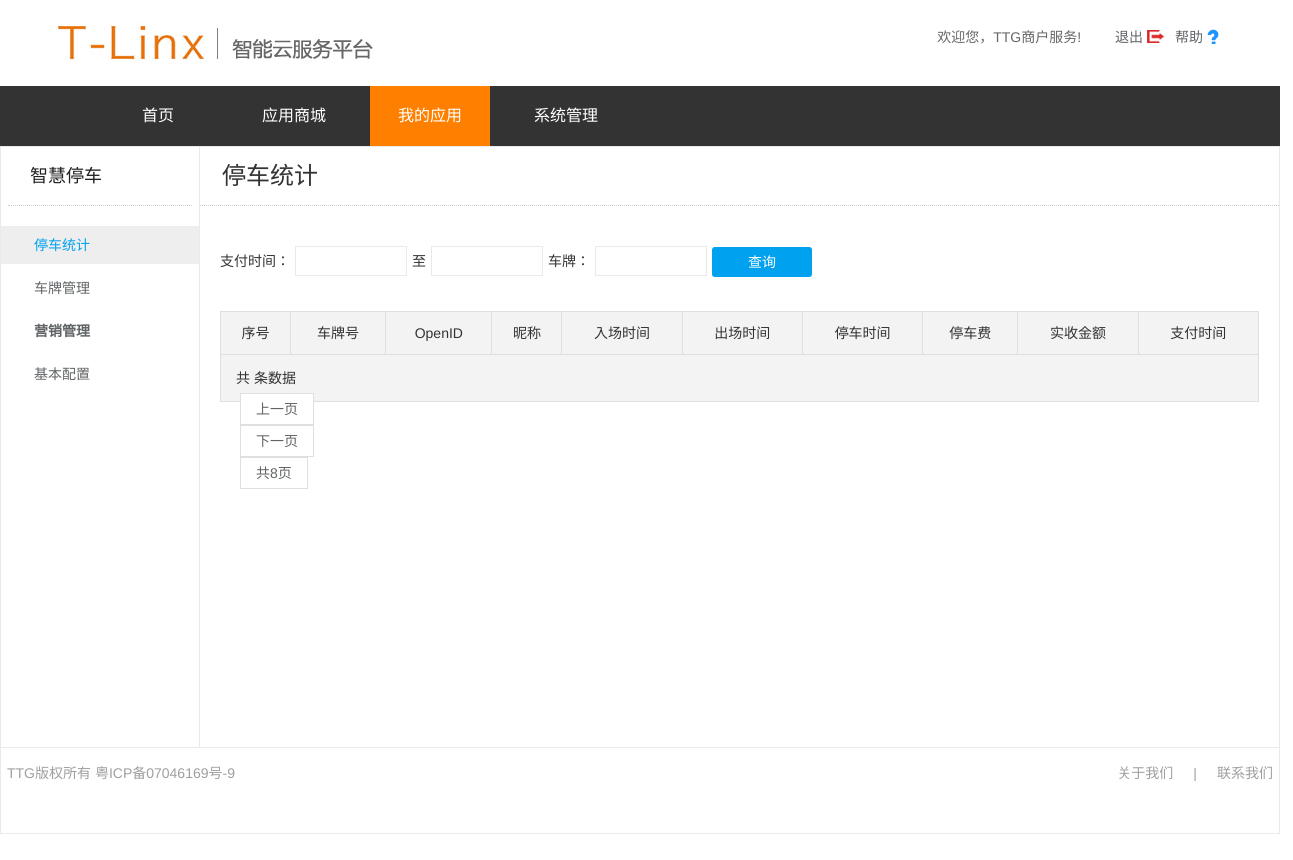
Repository: Keori/ParkCar
Page: admin/商户云/智慧停车/ParkComputed.html
An editor plug-in stored every save of this project. The page is shown before and after the next save, followed by the edit.
The browser window is 1280 px wide. The page is 1293 px wide, so the pictures cover 1293 px, including what lies to the right of the window. The pictures show the whole page.
The page's requests for data from a server got no answer.

Above is the page before, as saved 2018-12-24 11:56:24.

### admin/商户云/智慧停车/ParkComputed.html
<!DOCTYPE html>
<html lang="en">
<head>
    <meta charset="utf-8">
    <meta name="viewport" content="initial-scale=1.0,width=device-width" />
    <meta name="keywords" content="" />
    <meta name="description" content="" />
    <title>会员卡</title>
    <link href="../css/reset.css" type="text/css" rel="stylesheet"/>
    <link href="../css/layout.css" type="text/css" rel="stylesheet"/>
    <link href="../laydate/laydate.css" type="text/css" rel="stylesheet"/>
    <script type="text/javascript" src="../js/jquery-3.1.1.min.js"></script>
    <script type="text/javascript" src="../js/vue.js"></script>
</head>
<body>
<header class="header index_header">
    <div class="top w1170">
        <div class="logo"><i></i><img src="../images/logo.jpg" alt=""/></div>
        <div class="top_right">欢迎您，TTG商户服务! <span class="icon out_icon"><a href="">退出<code></code></a></span><span class="icon help_icon"><a href="">帮助<code></code></a></span></div>
    </div>

    <menu class="menu">
        <div class="w1170">
            <ul>
                <li><a href="">首页</a></li>
                <li><a href="">应用商城</a></li>
                <li class="on"><a href="">我的应用</a></li>
                <li><a href="">系统管理</a></li>
            </ul>
        </div>
    </menu>
</header>
<section id="content" class="content content1170">
    <aside class="left_con">
        <div class="left_con_tit borderb">智慧停车</div>

        <ul>
            <li class="on"><a href="">停车统计</a></li>
            <li><a href="ParkManage.html">车牌管理</a></li>
            <li>
                <h1><a class='pagetitle' href="javascript:;" @click='ManageType'>营销管理</a><i></i></a>
                <div class='secondary' v-show='type'>
                    <h2 :class="{active:changeGray===1}" @click='change(1)'>
                        <a class='nextselect' href="Manage.html">
                            <span class='blockText'>模板类型</span>
                        </a>
                    </h2>
                    <h2 :class="{active:changeGray===2}" @click='change(2)'>
                        <a class='nextselect' href="Manage2.html">
                            <span class='blockText'>广告类型</span>
                        </a>
                    </h2>
                </div>
            </li>
            <li><a href="Basic.html">基本配置</a></li>
        </ul>
    </aside>
    <section id="boxRight" class="boxRight">
        <div class="boxRight_tit f1 borderb">停车统计</div>
        <article class="boxRightCon">
            <div class="CommonInput viplist_formlist viplist_formlist_1">
                <ul>
                    <li>
                        <span class="name">支付时间：</span><input id='timeData' name="text" type="text" style="width:100px;" onclick="laydate()"/>
                    </li>
                    <li>
                        <span class="name">至</span><input id='timeData1' name="text" type="text" style="width:100px;" onclick="laydate()"/>
                    </li>
                    <li>
                        <span class="name">车牌：</span><input v-model='filterSearch.plateNo' name="text" type="text" style="width:100px;"/>
                    </li>
                    <li>
                        <div class="org_btn"><a @click='Search'>查询</a></div>
                    </li>
                </ul>
            </div>
            <table width="100%" cellpadding="0" cellspacing="0" border="0" class="commonTable commonTable4">
                <tr>
                    <th>序号</th>
                    <th>车牌号</th>
                    <th>OpenID</th>
                    <th>昵称</th>
                    <th>入场时间</th>
                    <th>出场时间</th>
                    <th>停车时间</th>
                    <th>停车费</th>
                    <th>实收金额</th>
                    <th>支付时间</th>
                </tr>
                <tr v-for='(item,index) in Park' v-show='index<6'>
                    <td>{{index+1}}</td>
                    <td>{{item.plateNo}}</td>
                    <td>{{item.OpenId}}</td>
                    <td>{{item.nickName}}</td>
                    <td>{{item.entryTime}}</td>
                    <td>{{item.payTime}}</td>
                    <td>{{item.elapsedTime}}</td>
                    <td>{{item.payable}}</td>
                    <td class="red">{{item.OfficialMoney}}</td>
                    <td>{{item.payTime}}</td>
                </tr>
            </table>
            <div class="bg_f3 page">共 {{pages.pageSize}} 条数据
                <ul>
                    <li v-if="cur>1"><a v-on:click="cur--,pageClick()">上一页</a></li>
                    <li v-if="cur==1"><a class="banclick">上一页</a></li>
                    <li v-for="index in indexs" v-bind:class="{ 'active': cur == index}">
                        <a v-on:click="btnClick(index)">{{ index }}</a>
                    </li>
                    <li v-if="cur!=all"><a v-on:click="cur++,pageClick()">下一页</a></li>
                    <li v-if="cur == all"><a class="banclick">下一页</a></li>
                    <li><a>共<i>{{all}}</i>页</a></li>
                </ul>
            </div>
        </article>
    </section>
    <footer class="footer">
        <div class="w1000">
            <p class="footer_a fl">TTG版权所有   粤ICP备07046169号-9</p>
            <p class="footer_b fr"><a href="">关于我们</a>|<a href="">联系我们</a></p>
        </div>
    </footer>
</section>
<script  type="text/javascript">
    new Vue({
        el: '#content',
        data(){
            return{
                all: 8,
                cur: 1, //当前页码
                type: false,
                changeGray: '',
                filterSearch:{
                    plateNo: '',
                    payTimeStart: '',
                    payTimeEnd: ''
                },
                Park: [],
                pages:{},
            }
        },
        computed:{
            items(){
                // const c = this.pages.currPage
                // const t = this.pages.totalPage
                // if(c){
                //     return [1,2,3,4,5]
                // }else if(c >=6){
                //     return ['···',c-1,c,c+1,'···',t]
                // }else{
                //     return [1,2,3,4,5,'···',t]
                // }
            }
        },
        watch:{
            cur: function(oldValue , newValue){
    }
        },
        methods:{
            btnClick: function(data){//页码点击事件
            if(data != this.cur){
            this.cur = data
        }
        },
            pageClick: function(){
            console.log('现在在'+this.cur+'页');
        },
            Search(){
                this.filterSearch.payTimeStart = $('#timeData').val()
                this.filterSearch.payTimeEnd = $('#timeData1').val()
                let params =
                    this.filterSearch,
                    currPage = this.current,
                    pageSize = this.pageSize,
                    totalPage = this.allpage,
                    totalCount = this.showItem
                    ;
                console.log(this.filterSearch);
                $.ajax({
                url: 'http://q214e81040.iask.in:32642/merchant/car/paylist',
                type: 'get',
                data: params,
                statusCode:{
                    404:function(){
                        alert('网络错误')
                    }
                },
                success:(params) => {
                    this.Park = params.page.list
                    this.pages = params.page
                    console.log(this.pages);
                    console.log(this.Park)
                }
            })
            },
            ManageType(){
                if(this.type === false){
                    this.type = true
                }else{
                    this.type = false
                }
            },
            change(num){
                this.changeGray = num
            },
            goto(index){
                if(index == this.current) return;
                this.current = index;
            }
        },
        created(){
            this.Search()
        }
    })
</script>
</body>
<script src="../laydate/laydate.js"></script>
<script>
</script>
<style>
.page-bar{
    margin:40px;
    }
ul,li{
    margin: 0px;
    padding: 0px;
    }
li{
    list-style: none
    }
.page-bar li:first-child>a {
    margin-left: 0px
    }
.page-bar a{
    border: 1px solid #ddd;
    text-decoration: none;
    position: relative;
    float: left;
    padding: 6px 12px;
    margin-left: -1px;
    line-height: 1.42857143;
    color: #337ab7;
    cursor: pointer
    }
.page-bar a:hover{
    background-color: #eee;
    }
.page-bar a.banclick{
    cursor:not-allowed;
    }
.page-bar .active a{
    color: #fff;
    cursor: default;
    background-color: #337ab7;
    border-color: #337ab7;
    }
.page-bar i{
    font-style:normal;
    color: #d44950;
    margin: 0px 4px;
    font-size: 12px;
    }
</style>
</html>

### admin/商户云/laydate/laydate.css
/**

 @Name： laydate皮肤：默认
 @Author：贤心
 @Site：http://sentsin.com/layui/laydate

**/

.laydate-icon{border:1px solid #C6C6C6; background-image:url(icon.png)}

.laydate_body .laydate_box,
.laydate_body .laydate_ym,
.laydate_body .laydate_ym .laydate_yms,
.laydate_body .laydate_table,
.laydate_body .laydate_table td,
.laydate_body .laydate_bottom #laydate_hms,
.laydate_body .laydate_time,
.laydate_body .laydate_bottom .laydate_btn a{border:1px solid #ccc;}

.laydate_body .laydate_y .laydate_yms a,
.laydate_body .laydate_choose,
.laydate_body .laydate_table thead,
.laydate_body .laydate_bottom .laydte_hsmtex{background-color:#F6F6F6;}

.laydate_body .laydate_box,
.laydate_body .laydate_ym .laydate_yms,
.laydate_body .laydate_time{box-shadow: 2px 2px 5px rgba(0,0,0,.1);}

.laydate_body .laydate_box{border-top:none; border-bottom:none; background-color:#fff; color:#333;}
.laydate_body .laydate_box input{color:#333;}
.laydate_body .laydate_box .laydate_void{color:#ccc!important; /*text-decoration:line-through;*/}
.laydate_body .laydate_box .laydate_void:hover{background-color:#fff!important}
.laydate_body .laydate_box a, .laydate_body .laydate_box a:hover{color:#333;}
.laydate_body .laydate_box a:hover{color:#666;}
.laydate_body .laydate_click{background-color:#eee!important;}
.laydate_body .laydate_top{border-top:1px solid #C6C6C6;}
.laydate_body .laydate_ym .laydate_yms{border:1px solid #C6C6C6; background-color:#fff;}
.laydate_body .laydate_y .laydate_yms a{border-bottom:1px solid #C6C6C6;}
.laydate_body .laydate_y .laydate_yms .laydate_chdown{border-top:1px solid #C6C6C6; border-bottom:none;}
.laydate_body .laydate_choose{border-left:1px solid #C6C6C6;}
.laydate_body .laydate_chprev{border-left:none; border-right:1px solid #C6C6C6;}
.laydate_body .laydate_choose:hover,
.laydate_body .laydate_y .laydate_yms a:hover{background-color:#fff;}
.laydate_body .laydate_chtop cite{border-bottom-color:#666;}
.laydate_body .laydate_chdown cite, .laydate_body .laydate_ym label{border-top-color:#666;}
.laydate_body .laydate_chprev cite{border-right-style:solid; border-right-color:#666;}
.laydate_body .laydate_chnext cite{border-left-style:solid; border-left-color:#666;}
.laydate_body .laydate_table td{border:none;  height:21px!important; line-height:21px!important; background-color:#fff;}
.laydate_body .laydate_table .laydate_nothis{color:#999;}
.laydate_body .laydate_table thead{height:21px!important; line-height:21px!important;}
.laydate_body .laydate_table thead th{border-bottom:1px solid #ccc;}
.laydate_body .laydate_bottom{border-bottom:1px solid #C6C6C6;}
.laydate_body .laydate_bottom #laydate_hms{background-color:#fff;}
.laydate_body .laydate_time{background-color:#fff;}
.laydate_body .laydate_bottom .laydate_sj{border-right:1px solid #C6C6C6; background-color:#F6F6F6;}
.laydate_body .laydate_bottom input{background-color:#fff;}
.laydate_body .laydate_bottom .laydte_hsmtex{border-bottom:1px solid #C6C6C6;}
.laydate_body .laydate_bottom .laydate_btn{border-right:1px solid #C6C6C6;}
.laydate_body .laydate_bottom .laydate_v{color:#999}
.laydate_body .laydate_bottom .laydate_btn a{border-right:none; background-color:#F6F6F6;}
.laydate_body .laydate_bottom .laydate_btn a:hover{color:#000; background-color:#fff;}

.laydate_body .laydate_m .laydate_yms span:hover,
.laydate_body .laydate_y .laydate_yms ul li:hover,
.laydate_body .laydate_table td:hover,
.laydate_body .laydate_time .laydate_hmsno span:hover{background-color:#F3F3F3}

### admin/商户云/laydate/need/laydate.css
/**

 @Name： laydate 核心样式
 @Author：贤心
 @Site：http://sentsin.com/layui/laydate

**/

html{_background-image:url(about:blank); _background-attachment:fixed;}
.laydate_body .laydate_box, .laydate_body .laydate_box *{margin:0; padding:0;}
.laydate-icon,
.laydate-icon-default,
.laydate-icon-danlan,
.laydate-icon-dahong,
.laydate-icon-molv{height:22px; line-height:22px; padding-right:20px; border:1px solid #C6C6C6; background-repeat:no-repeat; background-position:right center;  background-color:#fff; outline:0;}
.laydate-icon-default{ background-image:url(../skins/default/icon.png)}
.laydate-icon-danlan{border:1px solid #B1D2EC; background-image:url(../skins/danlan/icon.png)}
.laydate-icon-dahong{background-image:url(../skins/dahong/icon.png)}
.laydate-icon-molv{background-image:url(../skins/molv/icon.png)}
.laydate_body .laydate_box{width:240px; font:12px '\5B8B\4F53'; z-index:99999999; *margin:-2px 0 0 -2px; *overflow:hidden; _margin:0; _position:absolute!important; background-color:#fff;}
.laydate_body .laydate_box li{list-style:none;}
.laydate_body .laydate_box .laydate_void{cursor:text!important;}
.laydate_body .laydate_box a, .laydate_body .laydate_box a:hover{text-decoration:none; blr:expression(this.onFocus=this.blur()); cursor:pointer;}
.laydate_body .laydate_box a:hover{text-decoration:none;}
.laydate_body .laydate_box cite, .laydate_body .laydate_box label{position:absolute; width:0; height:0; border-width:5px; border-style:dashed; border-color:transparent; overflow:hidden; cursor:pointer;}
.laydate_body .laydate_box .laydate_yms, .laydate_body .laydate_box .laydate_time{display:none;}
.laydate_body .laydate_box .laydate_show{display:block;}
.laydate_body .laydate_box input{outline:0; font-size:14px; background-color:#fff;}
.laydate_body .laydate_top{position:relative; height:26px; padding:5px; *width:100%; z-index:99;}
.laydate_body .laydate_ym{position:relative; float:left; height:24px; cursor:pointer;}
.laydate_body .laydate_ym input{float:left; height:24px; line-height:24px; text-align:center; border:none; cursor:pointer;}
.laydate_body .laydate_ym .laydate_yms{position:absolute; left: -1px; top: 24px; height:181px;}
.laydate_body .laydate_y{width:121px; margin-right:6px;}
.laydate_body .laydate_y input{width:64px; margin-right:15px;}
.laydate_body .laydate_y .laydate_yms{width:121px; text-align:center;}
.laydate_body .laydate_y .laydate_yms a{position:relative; display:block; height:20px;}
.laydate_body .laydate_y .laydate_yms ul{height:139px; padding:0; *overflow:hidden;}
.laydate_body .laydate_y .laydate_yms ul li{float:left; width:60px; height:20px; line-height: 20px; text-overflow: ellipsis; overflow: hidden; white-space: nowrap;}
.laydate_body .laydate_m{width:99px;}
.laydate_body .laydate_m .laydate_yms{width:99px; padding:0;}
.laydate_body .laydate_m input{width:42px; margin-right:15px;}
.laydate_body .laydate_m .laydate_yms span{display:block; float:left; width:42px; margin: 5px 0 0 5px; line-height:24px; text-align:center; _display:inline;}
.laydate_body .laydate_choose{display:block; float:left; position:relative; width:20px; height:24px;}
.laydate_body .laydate_choose cite, .laydate_body .laydate_tab cite{left:50%; top:50%;}
.laydate_body .laydate_chtop cite{margin:-7px 0 0 -5px; border-bottom-style:solid;}
.laydate_body .laydate_chdown cite, .laydate_body .laydate_ym label{top:50%; margin:-2px 0 0 -5px; border-top-style:solid;}
.laydate_body .laydate_chprev cite{margin:-5px 0 0 -7px;}
.laydate_body .laydate_chnext cite{margin:-5px 0 0 -2px;}
.laydate_body .laydate_ym label{right:28px;}
.laydate_body .laydate_table{ width:230px; margin:0 5px; border-collapse:collapse; border-spacing:0px; }
.laydate_body .laydate_table td{width:31px; height:19px; line-height:19px; text-align: center; cursor:pointer; font-size: 12px;}
.laydate_body .laydate_table thead{height:22px; line-height:22px;}
.laydate_body .laydate_table thead th{font-weight:400; font-size:12px; text-align:center;}
.laydate_body .laydate_bottom{position:relative; height:22px; line-height:20px; padding:5px; font-size:12px;}
.laydate_body .laydate_bottom #laydate_hms{position: relative; z-index: 1; float:left; }
.laydate_body .laydate_time{ position:absolute; left:5px; bottom: 26px; width:129px; height:125px; *overflow:hidden;}
.laydate_body .laydate_time .laydate_hmsno{ padding:5px 0 0 5px;}
.laydate_body .laydate_time .laydate_hmsno span{display:block; float:left; width:24px; height:19px; line-height:19px; text-align:center; cursor:pointer; *margin-bottom:-5px;}
.laydate_body .laydate_time1{width:228px; height:154px;}
.laydate_body .laydate_time1 .laydate_hmsno{padding: 6px 0 0 8px;}
.laydate_body .laydate_time1 .laydate_hmsno span{width:21px; height:20px; line-height:20px;}
.laydate_body .laydate_msg{left:49px; bottom:67px; width:141px; height:auto; overflow: hidden;}
.laydate_body .laydate_msg p{padding:5px 10px;}
.laydate_body .laydate_bottom li{float:left; height:20px; line-height:20px; border-right:none; font-weight:900;}
.laydate_body .laydate_bottom .laydate_sj{width:33px; text-align:center; font-weight:400;}
.laydate_body .laydate_bottom input{float:left; width:21px; height:20px; line-height:20px; border:none; text-align:center; cursor:pointer; font-size:12px;  font-weight:400;}
.laydate_body .laydate_bottom .laydte_hsmtex{height:20px; line-height:20px; text-align:center;}
.laydate_body .laydate_bottom .laydte_hsmtex span{position:absolute; width:20px; top:0; right:0px; cursor:pointer;}
.laydate_body .laydate_bottom .laydte_hsmtex span:hover{font-size:14px;}
.laydate_body .laydate_bottom .laydate_btn{position:absolute; right:5px; top:5px;}
.laydate_body .laydate_bottom .laydate_btn a{float:left; height:20px; padding:0 6px; _padding:0 5px;}
.laydate_body .laydate_bottom .laydate_v{position:absolute; left:10px; top:6px; font-family:Courier; z-index:0;}

### admin/商户云/laydate/skins/default/laydate.css
/**

 @Name： laydate皮肤：默认
 @Author：贤心
 @Site：http://sentsin.com/layui/laydate

**/

.laydate-icon{border:1px solid #C6C6C6; background-image:url(icon.png)}

.laydate_body .laydate_box,
.laydate_body .laydate_ym,
.laydate_body .laydate_ym .laydate_yms,
.laydate_body .laydate_table,
.laydate_body .laydate_table td,
.laydate_body .laydate_bottom #laydate_hms,
.laydate_body .laydate_time,
.laydate_body .laydate_bottom .laydate_btn a{border:1px solid #ccc;}

.laydate_body .laydate_y .laydate_yms a,
.laydate_body .laydate_choose,
.laydate_body .laydate_table thead,
.laydate_body .laydate_bottom .laydte_hsmtex{background-color:#F6F6F6;}

.laydate_body .laydate_box,
.laydate_body .laydate_ym .laydate_yms,
.laydate_body .laydate_time{box-shadow: 2px 2px 5px rgba(0,0,0,.1);}

.laydate_body .laydate_box{border-top:none; border-bottom:none; background-color:#fff; color:#333;}
.laydate_body .laydate_box input{color:#333;}
.laydate_body .laydate_box .laydate_void{color:#ccc!important; /*text-decoration:line-through;*/}
.laydate_body .laydate_box .laydate_void:hover{background-color:#fff!important}
.laydate_body .laydate_box a, .laydate_body .laydate_box a:hover{color:#333;}
.laydate_body .laydate_box a:hover{color:#666;}
.laydate_body .laydate_click{background-color:#eee!important;}
.laydate_body .laydate_top{border-top:1px solid #C6C6C6;}
.laydate_body .laydate_ym .laydate_yms{border:1px solid #C6C6C6; background-color:#fff;}
.laydate_body .laydate_y .laydate_yms a{border-bottom:1px solid #C6C6C6;}
.laydate_body .laydate_y .laydate_yms .laydate_chdown{border-top:1px solid #C6C6C6; border-bottom:none;}
.laydate_body .laydate_choose{border-left:1px solid #C6C6C6;}
.laydate_body .laydate_chprev{border-left:none; border-right:1px solid #C6C6C6;}
.laydate_body .laydate_choose:hover,
.laydate_body .laydate_y .laydate_yms a:hover{background-color:#fff;}
.laydate_body .laydate_chtop cite{border-bottom-color:#666;}
.laydate_body .laydate_chdown cite, .laydate_body .laydate_ym label{border-top-color:#666;}
.laydate_body .laydate_chprev cite{border-right-style:solid; border-right-color:#666;}
.laydate_body .laydate_chnext cite{border-left-style:solid; border-left-color:#666;}
.laydate_body .laydate_table td{border:none;  height:21px!important; line-height:21px!important; background-color:#fff;}
.laydate_body .laydate_table .laydate_nothis{color:#999;}
.laydate_body .laydate_table thead{height:21px!important; line-height:21px!important;}
.laydate_body .laydate_table thead th{border-bottom:1px solid #ccc;}
.laydate_body .laydate_bottom{border-bottom:1px solid #C6C6C6;}
.laydate_body .laydate_bottom #laydate_hms{background-color:#fff;}
.laydate_body .laydate_time{background-color:#fff;}
.laydate_body .laydate_bottom .laydate_sj{border-right:1px solid #C6C6C6; background-color:#F6F6F6;}
.laydate_body .laydate_bottom input{background-color:#fff;}
.laydate_body .laydate_bottom .laydte_hsmtex{border-bottom:1px solid #C6C6C6;}
.laydate_body .laydate_bottom .laydate_btn{border-right:1px solid #C6C6C6;}
.laydate_body .laydate_bottom .laydate_v{color:#999}
.laydate_body .laydate_bottom .laydate_btn a{border-right:none; background-color:#F6F6F6;}
.laydate_body .laydate_bottom .laydate_btn a:hover{color:#000; background-color:#fff;}

.laydate_body .laydate_m .laydate_yms span:hover,
.laydate_body .laydate_y .laydate_yms ul li:hover,
.laydate_body .laydate_table td:hover,
.laydate_body .laydate_time .laydate_hmsno span:hover{background-color:#F3F3F3}

Loaded but not shown: admin/商户云/js/jquery-3.1.1.min.js (library); admin/商户云/js/vue.js (library); admin/商户云/laydate/laydate.js (library); admin/商户云/css/layout.css (845 lines, source omitted); admin/商户云/css/reset.css (322 lines, source omitted)

After the next save:
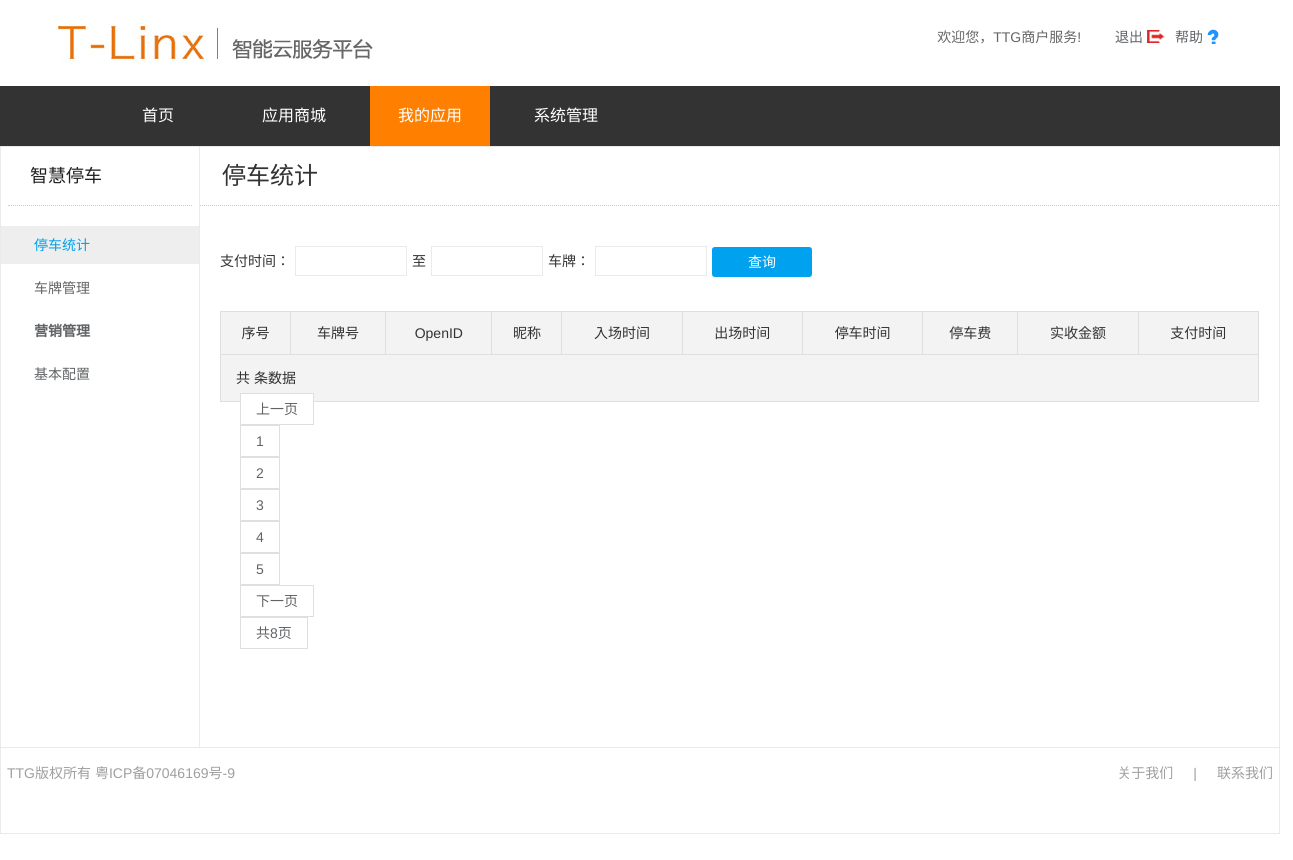
Saved 31 s later.
--- a/admin/商户云/智慧停车/ParkComputed.html
+++ b/admin/商户云/智慧停车/ParkComputed.html
@@ -140,17 +140,30 @@
             }
         },
         computed:{
-            items(){
-                // const c = this.pages.currPage
-                // const t = this.pages.totalPage
-                // if(c){
-                //     return [1,2,3,4,5]
-                // }else if(c >=6){
-                //     return ['···',c-1,c,c+1,'···',t]
-                // }else{
-                //     return [1,2,3,4,5,'···',t]
-                // }
-            }
+            indexs: function(){
+            var left = 1;
+            var right = this.all;
+            var ar = [];
+            if(this.all>= 5){
+            if(this.cur > 3 && this.cur < this.all-2){
+                left = this.cur - 2
+                right = this.cur + 2
+            }else{
+                if(this.cur<=3){
+                left = 1
+                right = 5
+                }else{
+                right = this.all
+                left = this.all -4
+                }
+            }
+            }
+            while (left <= right){
+            ar.push(left)
+            left ++
+            }
+            return ar
+    }
         },
         watch:{
             cur: function(oldValue , newValue){
